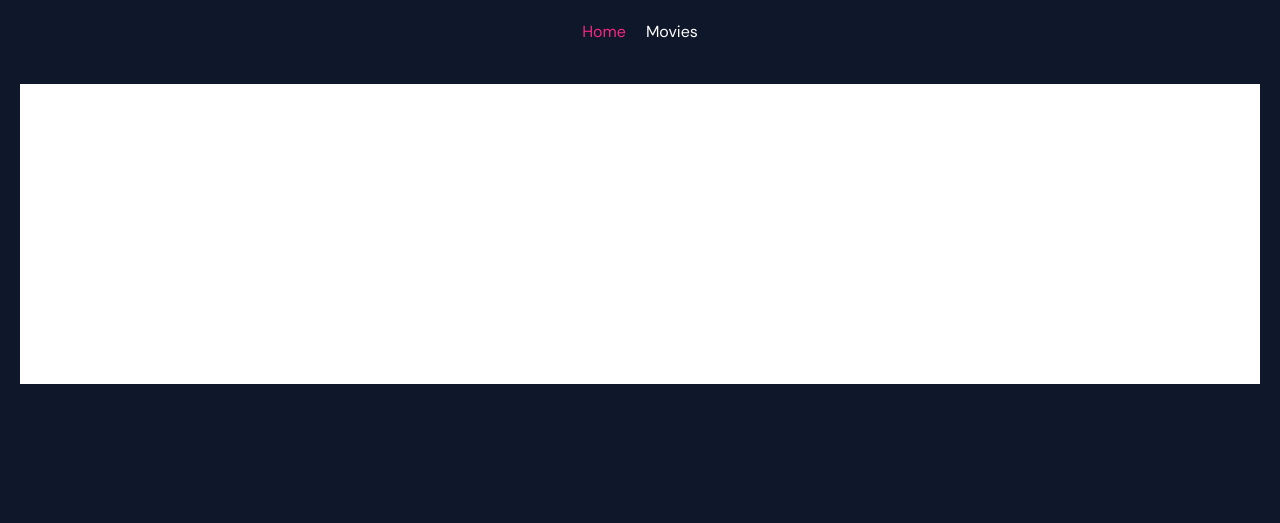
Repository: DVKHOI/react-course-projects
Page: / (app in react-simple-movies/)
An editor plug-in stored every save of this project. The page is shown before and after the next save, followed by the edit.
The browser window is 1280 px wide. The pictures show the whole page.
The project was rebuilt for these pictures with package versions that can differ from the ones it lists, and the page was loaded fresh each time.

Above is the page before, as saved 2022-11-03 09:12:57.

After the next save:
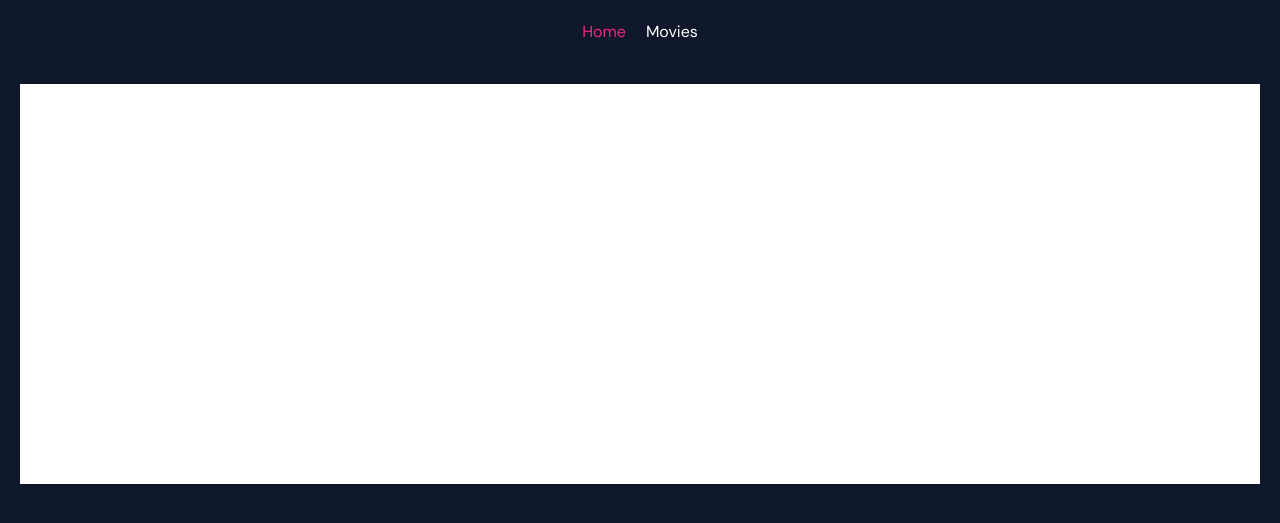
Saved 37 s later.
--- a/react-simple-movies/src/App.js
+++ b/react-simple-movies/src/App.js
@@ -7,7 +7,7 @@
         <span className="text-primary">Home</span>
         <span>Movies</span>
       </header>
-      <section className="banner h-[300px] page-container">
+      <section className="banner h-[400px] page-container">
         <div className="w-full h-full bg-white"></div>
       </section>
     </Fragment>
